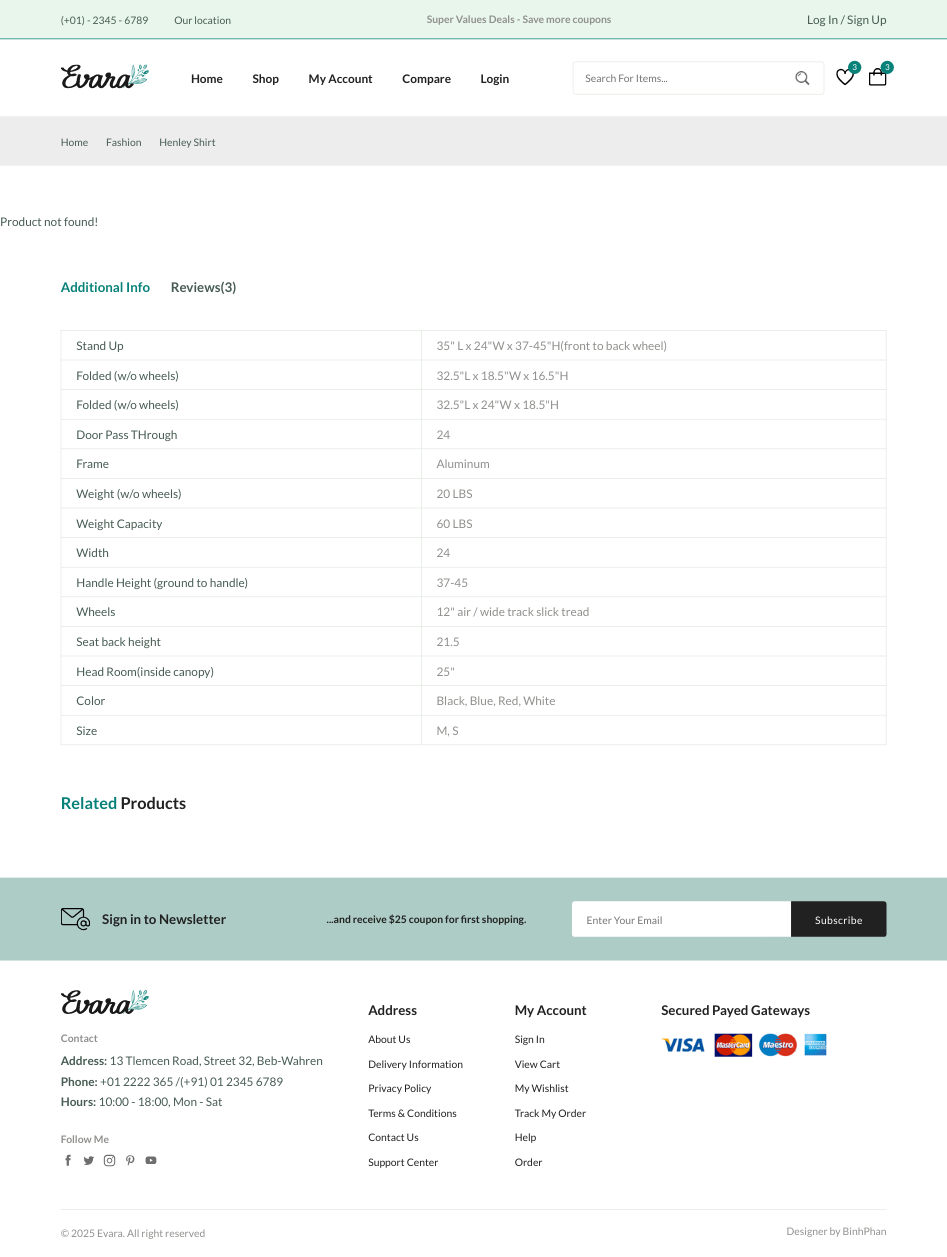
Repository: binhphanbp/evara-ecommerce
Page: details.html
The author's editor kept a copy of each file at every save. The page is drawn from the files as they stood at one save, then again after the next save.
The browser window is 1280 px wide. The pictures show the whole page, at 74% of full size.

Above is the page before, as saved 2025-06-17 07:42:24.

After the next save:
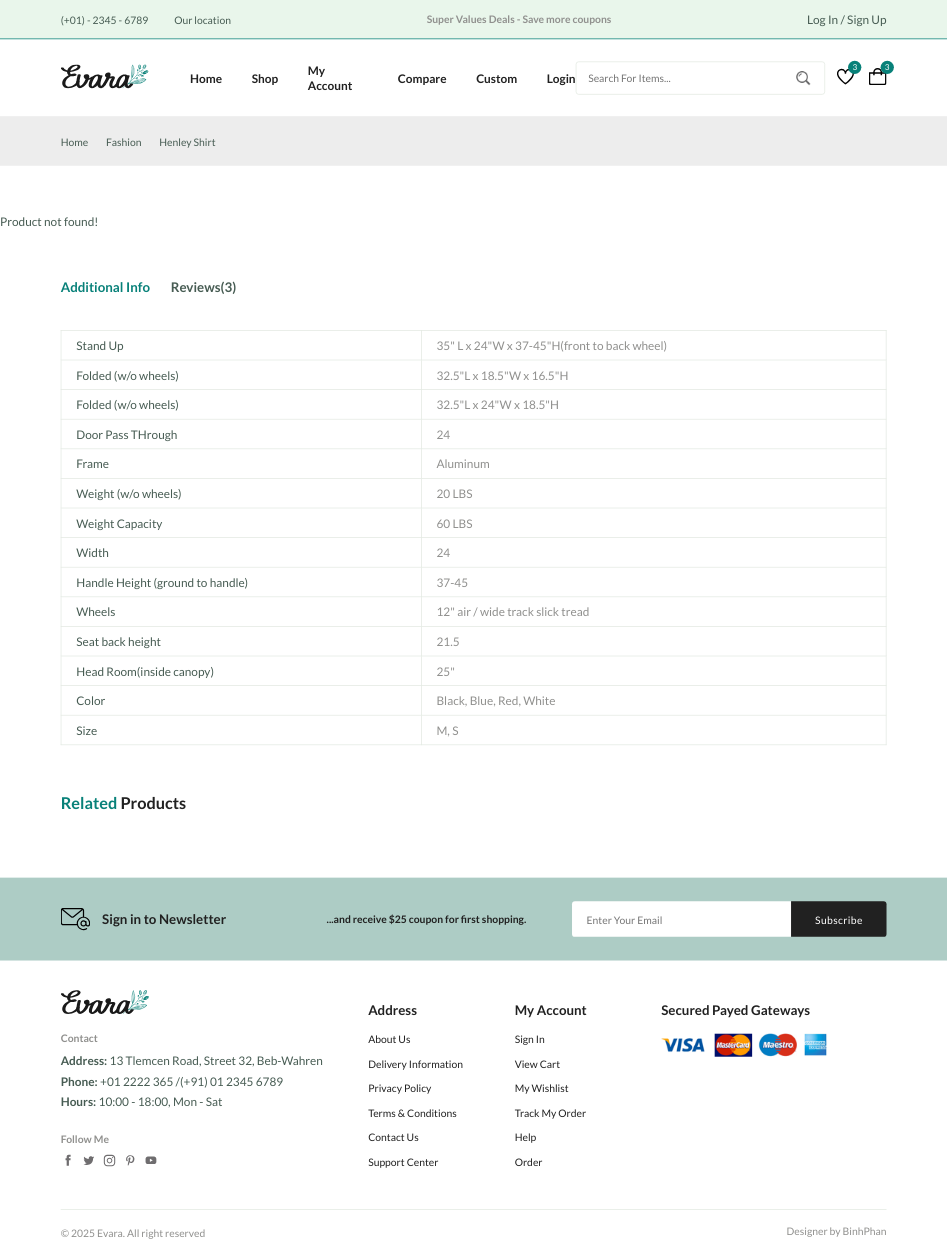
Saved 22 s later.
--- a/details.html
+++ b/details.html
@@ -60,6 +60,9 @@
             </li>
             <li class="nav__item">
               <a href="compare.html" class="nav__link">Compare</a>
+            </li>
+            <li class="nav__item">
+              <a href="custome-shop.html" class="nav__link">Custom</a>
             </li>
             <li class="nav__item">
               <a href="login-register.html" class="nav__link">Login</a>
